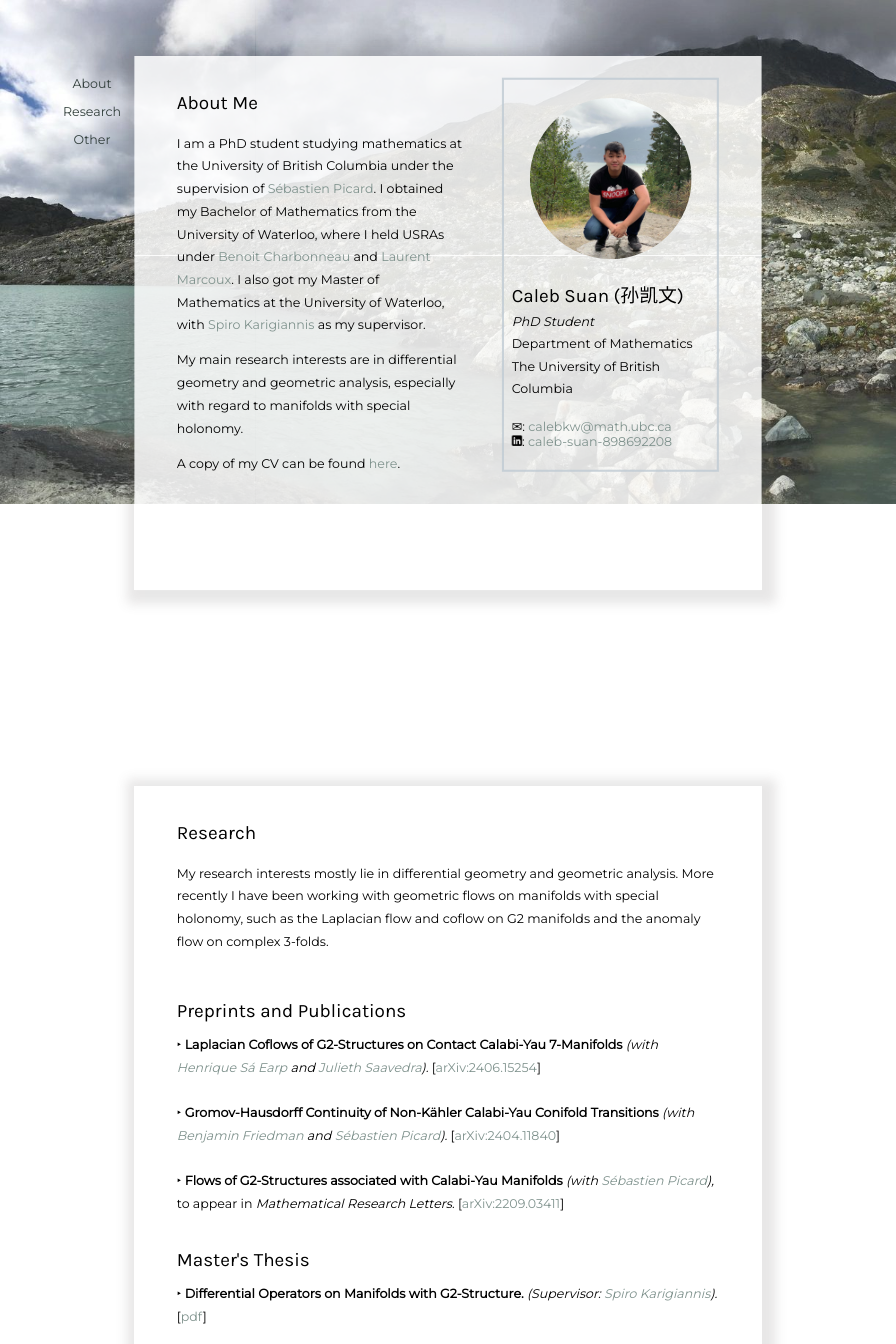
Repository: calebsuan/calebsuan.github.io
Page: index.html
The author's editor kept a copy of each file at every save. The page is drawn from the files as they stood at one save, then again after the next save.
The browser window is 1280 px wide. The pictures show the part of the page from y = 0 to 1920 px (the page is 4128 px tall), at 70% of full size.

Above is the page before, as saved 2024-06-30 02:01:01.

### index.html
<!DOCTYPE html>
<html lang="en">
<head>
    <meta charset="UTF-8">
    <meta http-equiv="X-UA-Compatible" content="IE=edge">
    <meta name="viewport" content="width=device-width, initial-scale=1.0">
    <link rel="stylesheet" href="index.css">
    <title>Caleb Suan</title>
    <link rel="icon" type="image/x-icon" href="Duck.png">
</head>


<body>

    <div class="rect">

    </div>

    <div class="background">

        <img src="BI2.jpg" alt="Background" width="auto" height="100%">

    </div>


    <menu>

        <a class="Head3" id="aboutmenu" href="#about">

            About

        </a>

        <a class="Head3" id="researchmenu" href="#research">

            Research

        </a>

        <a class="Head3" id="othermenu" href="#other">

            Other

        </a>

    </menu>


    <div class="midContainer">

        <about class="center" id="about">

            <div class="gap">

            </div>

            <div class ="inner">

                <div class="rightbox sidePanel">

                    <div class="picborder">

                        <img src="PP.jpg" alt="Snoop Snop" width="100%" height="auto">

                    </div>

                    </br>

                    <div class="wordbox Head3">

                        <div class="Head1">

                            Caleb Suan (孙凯文)

                        </div>

                        <div class="Head2">

                            <i>PhD Student</i>

                            </br>

                        </div>

                        <div class="Head4">

                            Department of Mathematics

                            </br>

                            The University of British Columbia

                            </br>
                        </div>

                        </br>

                        &#x2709;:
                        <a href="mailto:calebkw@math.ubc.ca">calebkw@math.ubc.ca</a>

                        <br>

                        <img src="LI.png" alt="LinkedIn Logo" width="14.75vw" height="100%">:
                        <a href="https://www.linkedin.com/in/caleb-suan-898692208/" target="_blank">caleb-suan-898692208</a>

                    </div>

                </div>


                <div class="leftbox Head4">

                    <div class="Head1">

                        About Me

                    </div>

                    <p>

                        I am a PhD student studying mathematics at the University of British Columbia under the supervision of
                        <a href="https://personal.math.ubc.ca/~spicard/" target="_blank">S&eacute;bastien Picard</a>.
                        I obtained my Bachelor of Mathematics from the University of Waterloo, where I held USRAs under
                        <a href="http://www.math.uwaterloo.ca/~bcharbon/" target="_blank">Benoit Charbonneau</a> and
                        <a href="http://www.math.uwaterloo.ca/~lwmarcou/" target="_blank">Laurent Marcoux</a>.
                        I also got my Master of Mathematics at the University of Waterloo, with
                        <a href="https://www.math.uwaterloo.ca/~karigian/index.html" target="_blank">Spiro Karigiannis</a> as my supervisor.

                    </p>

                    <p>

                        My main research interests are in differential geometry and geometric analysis, especially with regard to manifolds with special holonomy.

                    </p>

                    <p>

                        A copy of my CV can be found
                        <a href="Caleb_Suan_CV_Jun_2024.pdf" target="_blank">here</a>.

                    </p>


                </div>

            </div>

        </about>


        <research class="center" id="research">

            <div class="gap">

            </div>

            <div class="inner">

                <div class ="wordbox Head4">

                    <div class="Head1">

                        Research

                    </div>

                    <p>

                        My research interests mostly lie in differential geometry and geometric analysis.
                        More recently I have been working with geometric flows on manifolds with special holonomy, such as the Laplacian flow and coflow on G2 manifolds and the anomaly flow on complex 3-folds.

                    </p>

                    </br>

                    <div class="pubs">

                        <div class="Head1">

                            Preprints and Publications

                        </div>

                        <div class="item">

                            &#8227; <b>Laplacian Coflows of G2-Structures on Contact Calabi-Yau 7-Manifolds</b> <i>(with
                            <a href="https://www.ime.unicamp.br/~hqsaearp/" target="_blank">Henrique S&aacute; Earp</a> and
                            <a href="https://sites.google.com/view/website-julieth-saavedra" target="_blank">Julieth Saavedra</a>).</i>
                            [<a href="https://arxiv.org/abs/2406.15254" target="_blank">arXiv:2406.15254</a>]

                        </div>

                        </br>

                        <div class="item">

                            &#8227; <b>Gromov-Hausdorff Continuity of Non-K&auml;hler Calabi-Yau Conifold Transitions</b> <i>(with
                            <a href="https://personal.math.ubc.ca/~benji/" target="_blank">Benjamin Friedman</a> and
                            <a href="https://personal.math.ubc.ca/~spicard/" target="_blank">S&eacute;bastien Picard</a>).</i>
                            [<a href="https://arxiv.org/abs/2404.11840" target="_blank">arXiv:2404.11840</a>]

                        </div>

                        </br>

                        <div class="item">

                            &#8227; <b>Flows of G2-Structures associated with Calabi-Yau Manifolds</b> <i>(with
                            <a href="https://personal.math.ubc.ca/~spicard/" target="_blank">S&eacute;bastien Picard</a>),</i> to appear in <i>Mathematical Research Letters</i>.
                            [<a href="https://arxiv.org/abs/2209.03411" target="_blank">arXiv:2209.03411</a>]

                        </div>

                    </div>

                    </br>

                    <div class="pubs">

                        <div class="Head1">

                            Master's Thesis

                        </div>

                        <div class="item">

                            &#8227; <b>Differential Operators on Manifolds with G2-Structure.</b> <i>(Supervisor:
                            <a href="https://www.math.uwaterloo.ca/~karigian/index.html" target="_blank">Spiro Karigiannis</a>).</i>
                            [<a href="Differential Operators on Manifolds with G2-Structure.pdf" target="_blank">pdf</a>]

                        </div>

                    </div>

                    </br>

                    <div class="pubs">

                        <div class="Head1">

                            USRA Projects

                        </div>

                        <div class="item">

                            &#8227; <b>The Almost Invariant Subspace Problem.</b> <i>(Supervisor:
                            <a href="http://www.math.uwaterloo.ca/~lwmarcou/" target="_blank">Laurent Marcoux</a>).</i>
                            [<a href="The Almost Invariant Subspace Problem.pdf" target="_blank">pdf</a>]

                        </div>

                        </br>

                        <div class="item">

                            &#8227; <b>Vortex Solutions on Riemann Surfaces from Hyperbolic Tessellations.</b> <i>(Supervisor:
                            <a href="http://www.math.uwaterloo.ca/~bcharbon/" target="_blank">Benoit Charbonneau</a>).</i>
                            [<a href="Vortex Solutions on Riemann Surfaces from Hyperbolic Tessellations.pdf" target="_blank">pdf</a>]

                        </div>

                    </div>

                    </br>

                    <div class="pubs">

                        <div class="Head1">

                            Notes

                        </div>

                        <div class="item">

                            &#8227; <b>Rarita-Schwinger Fields on Nearly Parallel G2 Manifolds.</b>
                            [<a href="Rarita_Schwinger Fields on Nearly Parallel G2 Manifolds.pdf" target="_blank">pdf</a>]

                        </div>

                    </div>

                    </br>

                    <div class="pubs">

                        <div class="Head1">

                            Talks

                        </div>

                        <div class="item">

                            &#8227; <b>Gromov-Hausdorff Continuity of Non-K&auml;hler Calabi-Yau 3-Folds.</b>
                            <a href="https://www.crmath.ca/en/activities/#/type/activity/id/3894" target="_blank">CRM Workshop: Special Riemannian Geometries in Dimensions 6, 7, 8.</a>
                            [<a href="CRM_Talk.pdf" target="_blank">Slides</a>]

                        </div>

                        </br>

                        <div class="item">

                            &#8227; <b>Flows of G2 Structures associated to Calabi-Yau Manifolds.</b>
                            <a href="https://generalizedricciflow.wordpress.com/" target="_blank">UC-Irvine Generalized Ricci Flow Learning Seminar</a>
                            [<a href="https://www.youtube.com/watch?v=NHWo60-CuSs" target="_blank">Video</a>,
                            <a href="UC_I_GRF_Learning_Seminar_Talk.pdf" target="_blank">Slides</a>]

                        </div>

                        </br>

                        <div class="item">

                            &#8227; <b>Flows of G2 Structures associated to Calabi-Yau Manifolds.</b>
                            <a href="https://www.birs.ca/events/2023/5-day-workshops/23w5006" target="_blank">BIRS Workshop: Spinorial and Octonionic Aspects of G2 and Spin(7) Geometry.</a>
                            [<a href="https://www.birs.ca/events/2023/5-day-workshops/23w5006/videos/watch/202305311100-Suan.html" target="_blank">Video</a>,
                            <a href="BIRS_Talk.pdf" target="_blank">Slides</a>]

                        </div>

                    </div>

                </div>

            </div>

        </research>


        <other class="center" id="other">

            <div class="gap">

            </div>

            <div class="inner">

                <div class ="wordbox Head4">

                    <div class="Head1">

                        Other

                    </div>

                    <p>

                        I do other things, like bouldering and playing way too many board games.

                    </p>

                    <div class="pubs">

                        <div class="Head1">

                            Some Board Games I Like

                        </div>

                        <div class="item">

                            <p>

                                &#8227; Arkham Horror: The Card Game

                            </p>

                            <p>

                                &#8227; Brass: Birmingham

                            </p>

                            <p>

                                &#8227; Tzolk'in: The Mayan Calendar

                            </p>

                            <p>

                                &#8227; Great Western Trail (Second Edition)

                            </p>

                            <p>

                                &#8227; Tekhenu: Obelisk of the Sun

                            </p>

                            <p>

                                &#8227; Teotihuacan: City of Gods

                            </p>

                            <p>

                                &#8227; Letter Jam

                            </p>

                            <p>

                                &#8227; Spirit Island (with Branch and Claw and Jagged Earth Expansions)

                            </p>

                            <p>

                                &#8227; Neta-Tanka

                            </p>

                            <p>

                                &#8227; Sidereal Confluence: Trading and Negotiation in the Elysian Quadrant

                            </p>

                        </div>

                    </div>

                    <div class="pubs">

                        <div class="Head1">

                            Links

                        </div>

                        <div class="item">

                            BoardGameGeek: <a href="https://boardgamegeek.com/user/caleskws" target="_blank">caleskws</a>

                        </div>

                    </div>

                </div>

            </div>

        </other>

        <div class="footr Head5">

            &#129414; &#x1F9A5; &#x1F9A6; &#x1F994;

            <br>

            Website designed by Caleb Suan and Amy Tan

            <br>

            Last Updated on June 26, 2024 by Caleb Suan

        </div>

    </div>

</body>

</html>

### index.css
@import url('https://fonts.googleapis.com/css2?family=Karla:ital,wght@0,400;0,500;1,400&display=swap');
@import url('https://fonts.googleapis.com/css2?family=Montserrat&display=swap');

*{
    overflow-x: hidden;
}

html {
    scroll-behavior: smooth;
  }


body{
    margin: 0px;
    font-family: 'Montserrat', sans-serif;
}

.rect{
    width: 100%;
    overflow-x: hidden;
    top: 0px;
    height: 60px;
    position: fixed;
    background-color:#000000d3;
    z-index: 5;
    opacity: 0%;
}


.background{
    height:100%;
    width:auto;
    position:fixed;
    opacity: 90%;
}

.left {

    right: none;
    left: 0px;

}

.right {

    right: 0px;
    left: none;

}

.rightbox{
    width: 36.5%;
    height: auto;
    right: 3.5%;
    position: relative;
    float: right;
}
.leftbox{
    width: 49.5%;
    height: auto;
    left: 3.5%;
    position: relative;
    float: left;
}

.Container {

    margin: 0px;
    padding-top: 70px;
    height: 100%;

    width: 18vw;
    position: fixed;
    color:aliceblue;

    z-index: 7;

}

.midContainer {

    display: block;
    height: auto;
    width: 70%;

    margin-left: auto;
    margin-right: auto;
    position: relative;

    overflow-x: visible;

}

/* font size big (1) to small (4)*/
.Head1{

    font-size: 27px;
    font-family: 'Karla', sans-serif;
    margin-top: 8px;
    margin-bottom: 8px;
}

.Head2{

    font-size:18px;
    margin-top: 5px;
    margin-bottom: 5px;

}

.Head3{

    font-size: 18px;
    margin-top: 4px;
    margin-bottom: 4px;

}

.Head4{

    font-size: min(max(2vw,12px),18px);
    margin-top: 3px;
    margin-bottom: 3px;
    font-family: 'Montserrat', sans-serif;
    line-height: 1.8;

}

.Head5{

    font-size: min(max(2vw,9.5px),18px);
    margin-top: 3px;
    margin-bottom: 3px;
    font-family: 'Montserrat', sans-serif;
    line-height: 1.8;

}

/* components */

menu{
    position: fixed;
    z-index: 7;
}

menu a{
    display: block;
    width: 100px;
    height: 20px;
    padding: 10px;
    color: #323f3c;
    text-align: center;
    position: absolute;
}

menu a:link{
    text-decoration: none;
}
menu a:visited{
    text-decoration: none;
}
menu a:hover{
    text-decoration: none;
}
menu a:active{
    text-decoration: none;
}

menu a:hover{
    color: #85745a;
    opacity: 100%;
}

#aboutmenu{
    top: 95px;
    right: 85vw;
    position: fixed;
}

#researchmenu{
    top: 135px;
    right: 85vw;
    position: fixed;
}

#othermenu{
    top: 175px;
    right: 85vw;
    position: fixed;
}


.center{
    margin-left: auto;
    margin-right: auto;
    width: 100%;
    height: auto;
    min-height: 700px;
    position: relative;
}

.inner{
    display: block;
    margin-left: auto;
    margin-right: auto;
    height: auto;
    min-height: 700px;
    position: relative;
    padding: 3.5% 3.5% 3.5% 3.5%;
    background-color: rgba(255, 255, 255, 0.856);
    margin-bottom: 200px;
    box-shadow: 5px 5px 15px 15px rgba(94, 89, 89, 0.144);
}

.inner a:link{
    color: #7f928d;
    text-decoration: none;
}
.inner a:visited{
    color: #85745a;
    text-decoration: none;
}
.inner a:hover{
    color: #17240efa;
    text-decoration: none;
}
.inner a:active{
    text-decoration: none;
}

.picborder{
    display: block;
    min-width: 200px;
    min-height: 200px;
    max-width: 320px;
    max-height: 320px;
    width: 18vw;
    height: 18vw;
    overflow: hidden;
    margin-left: auto;
    margin-right: auto;
    border-radius: 50%;
    z-index: 4;
}

.wordbox{
    position: relative;
    width: 93%;
    padding-left: 3.5%;
    padding-right: 3.5%;
    height: auto;
}

.sidePanel{
    border-style: solid;
    border-color:#c2ccd5d7;
    border-width: 3px;
    padding-top: 2vw;
    padding-bottom: 2vw;
}

.gap {
    min-height: 80px;
    width: 100%;
    position: relative;
    opacity:0%;
    z-index: 0;
}


.footr{
    width: 100%;
    overflow-x: hidden;
    height: auto;
    margin-bottom: 30px;
    position: relative;
    background-color:#a7b8bf00;
    z-index: 5;
    color: #e7dfd4;
    text-align: center;
}


/* ------------------------------------------------


RESPONSIVE LAYOUT



--------------------------------------------------*/

@media only screen and (max-width: 1000px) {


    .rect{
        opacity: 100%;
        z-index: 5;
    }

    .rightbox{
        display: block;
        float: none;
        width: 93%;
        left: 0px;
        right: 0px;
        margin-left: auto;
        margin-right: auto;
    }
    .leftbox{
        float: left;
        width: 93%;
    }

    .Container {
        margin: 0px;
        padding-top: 70px;
        height: 100%;
        background-color: #17240e00;
        width: 8vw;
        position: fixed;
        color:aliceblue;
        z-index: 5;
        overflow: visible;
    }

    .midContainer {

        width: 80%;


    }

    /* components */

    menu a{
        display: block;
        width: 70px;
        color: white;
        text-align: center;
        position: absolute;
        font-size: min(0.5vw, 20px);
        z-index: 7;
    }

    menu a:link{
        text-decoration: none;
    }
    menu a:visited{
        text-decoration: none;
    }
    menu a:hover{
        text-decoration: none;
    }
    menu a:active{
        text-decoration: none;
    }

    menu a:hover{
        color: #85745a;
        opacity: 100%;
    }

    #aboutmenu{
        top: 10px;
        left: 14vw;
        position: fixed;
    }

    #researchmenu{
        top: 10px;
        left: 24vw;
        position: fixed;
    }

    #othermenu{
        top: 10px;
        left: 34vw;
        position: fixed;
    }


    .inner{
        padding: 3.5% 3.5% 3.5% 3.5%;
    }

    .picborder{
        display: block;
        min-width: 200px;
        min-height: 200px;
        max-width: 320px;
        max-height: 320px;
        width: 26vw;
        height: 26vw;
        overflow: hidden;
        border-radius: 50%;
        position:absolute;
        right: 3.5%;
    }

    .wordbox{
        display: block;
        position: relative;
        height: auto;
    }

    .sidePanel{
        border-style: solid;
        border-color:#c2ccd5d7;
        border-width: 3px;
        padding-top: 2vw;
        padding-bottom: 2vw;
        max-height: 320px;
        min-height: 220px;
        height: 26vw;
    }

    .gap {
        min-height: 120px;
    }


}



/*-----------------------------------------------------

Mobile Responsive

-----------------------------------------------------*/

@media only screen and (max-width: 760px) {


    .rect{
        opacity: 0%;
    }

    .Container {
        background-color: #17240efa;
        width: 0vw;
    }

    .midContainer {

        width: 80%;


    }

    .picborder{
        left: 0px;
        right: 0px;
        position: relative;
        height: 40vw;
        width: 40vw;
        margin-top: 2vw;
        margin-left: auto;
        margin-right: auto;
        max-height: 200px;
        max-width: 200px;
    }

    .wordbox{
        position: relative;
    }


    .sidePanel{
        border-style: solid;
        border-color:#c2ccd5d7;
        border-width: 3px;
        padding-top: 2vw;
        padding-bottom: 2vw;
        max-height: 500px;
        min-height: 420px;
        height: 60vw;
        max-width: 80vw;
    }


    menu a{
        display: block;
        width: 8vw;
        padding: 10px;
        margin: 3px;
        color:#17240efa;
        text-align: right;
        position: absolute;
        margin-right: 1px;
        margin-left: auto;
        background-color: rgba(255, 255, 255, 0);
        padding-top: 30px;
        padding-bottom: 30px;
        left: -15px;
        font-size: min(0.5vw, 20px);
        opacity: 0%;
    }

    menu a:link{
        text-decoration: none;
    }
    menu a:visited{
        text-decoration: none;
    }
    menu a:hover{
        text-decoration: none;
    }
    menu a:active{
        text-decoration: none;
    }

    menu a:hover{
        color: #85745a;
        opacity: 0%;
    }

    .gap{
        min-height: 30px;
        height: 30px;
        width: 100%;
    }

    .inner{
        margin-bottom: 40px;
    }


}

After the next save:
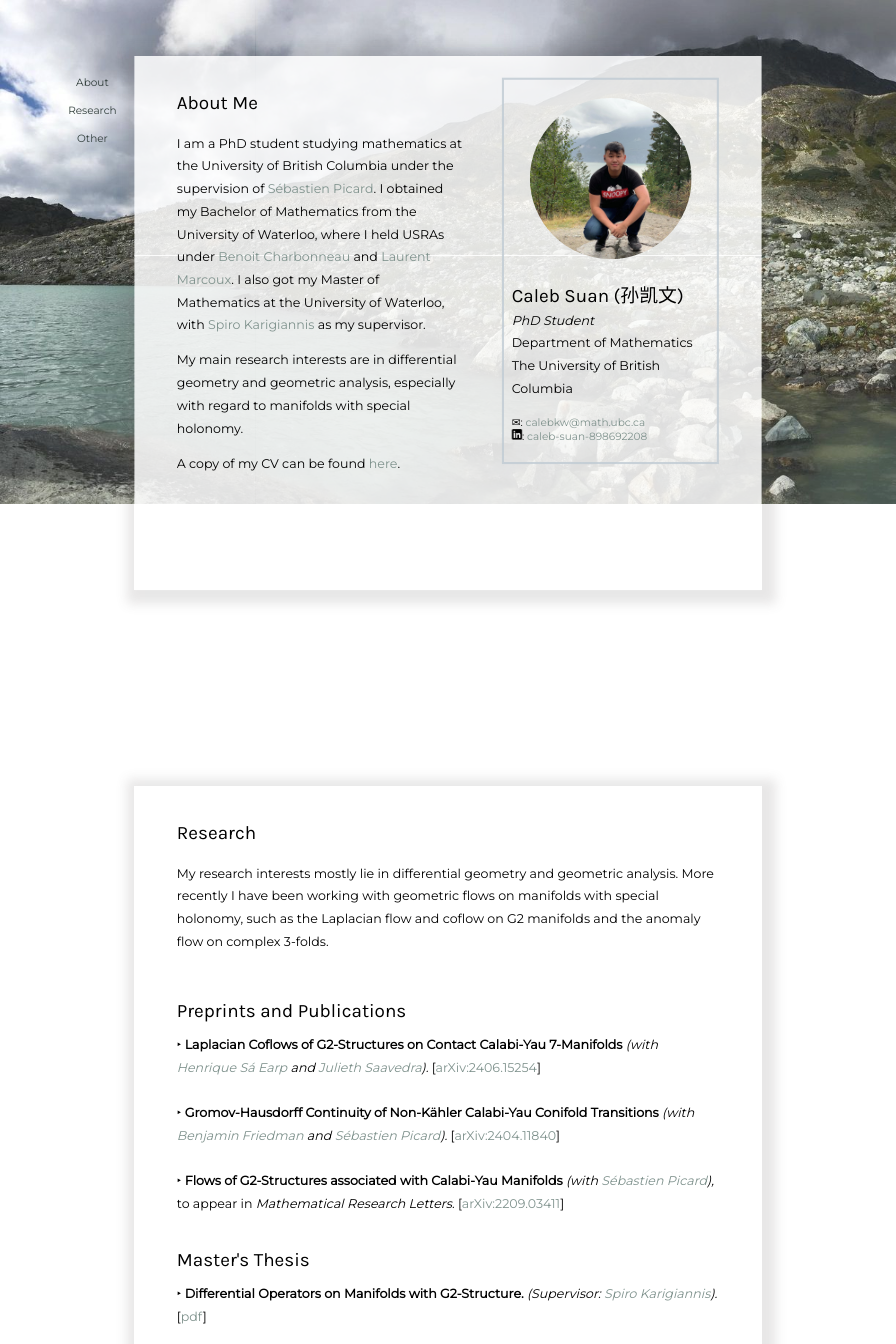
Saved 17 s later.
--- a/index.css
+++ b/index.css
@@ -110,9 +110,9 @@ body{
 
 .Head3{
 
-    font-size: 18px;
-    margin-top: 4px;
-    margin-bottom: 4px;
+    font-size: 15px;
+    margin-top: 3px;
+    margin-bottom: 3px;
 
 }
 
